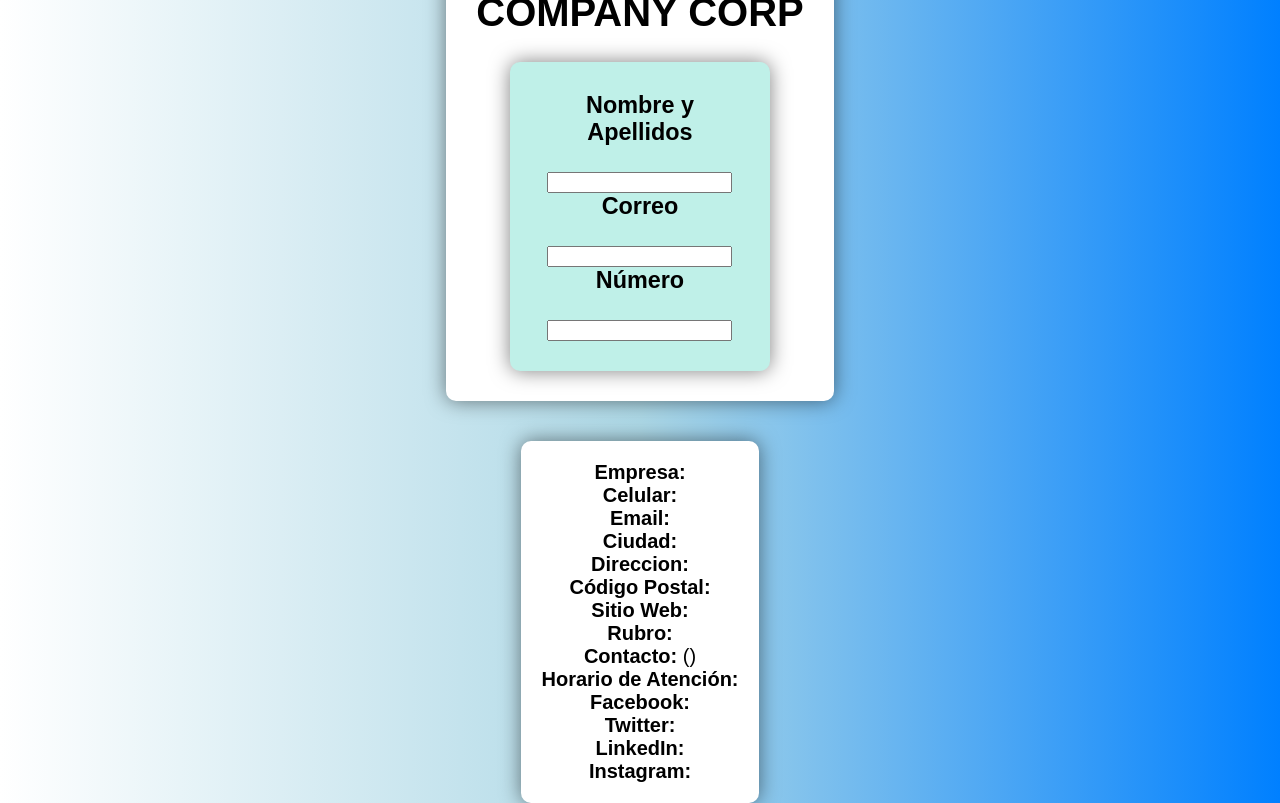
Repository: ANGELEDU141/TAREAWEBEWJASJDASJ
Page: http://localhost/JAVAWEBTAREA/WEB-INF/views/contenido.jsp
An editor plug-in stored every save of this project. The page is shown before and after the next save, followed by the edit.
The browser window is 1280 px wide. The pictures show the whole page.
The page is served by Tomcat 9. Nobody is signed in. Other server files are loaded and not shown. The template is opened directly, without the code that normally fills it, so the values that code supplies are empty.

Above is the page before, as saved 2024-09-01 10:06:22.

### JAVAWEBTAREA/src/main/webapp/WEB-INF/views/contenido.jsp
<%@ page language="java" contentType="text/html; charset=UTF-8"
    pageEncoding="UTF-8"%>
<!DOCTYPE html>
<html>
<head>
<meta charset="UTF-8">
<title> COMPANY </title>
<link rel="icon" href="https://static.vecteezy.com/system/resources/previews/008/214/517/non_2x/abstract-geometric-logo-or-infinity-line-logo-for-your-company-free-vector.jpg">
<style>
    body {


        height: 100vh;
        display: flex;
        align-items:center;
         flex-direction: column;
        justify-content: center; /* Centra horizontalmente */
        align-items: center; /* Centra verticalmente */
        font-family: Arial, sans-serif;
		background: linear-gradient(to right, rgb(255, 255, 255), rgb(173, 216, 230), rgb(0, 128, 255));

    }
    .container {

        max-width: 600px;
        display:flex;
   		flex-direction:column;
   		align-content:center;
   		justify-content: center;
   		align-items:center;
   		padding: 30px;

        background-color: white;
        box-shadow: 0px 0px 20px rgba(0, 0, 0, 0.5);
        text-align: center;
        border-radius: 10px;
        font-size: 20px;

    }

    .contac {

 		margin-top: 40px;
        max-width: 600px;
        padding:20px;
        background-color: white;
        box-shadow: 0px 0px 20px rgba(0, 0, 0, 0.5);
        text-align: center;
        border-radius: 10px;
        font-size: 20px;

        }




    .quest {



   		padding: 30px;
   		border:60px;
        max-width: 200px;
        background-color: rgba(191, 240, 232);
        box-shadow: 0px 0px 20px rgba(0, 0, 0, 0.5);
        text-align: center;
        border-radius: 10px;
        }

        .quest h3{
         margin: 0;
    padding:0px }



</style>
</head>
<body>
    <div class="container">
        <h1> COMPANY CORP </h1>


        <div class="quest">

        <h3>Nombre y Apellidos</h3><br>
        <input>
        <h3>Correo</h3><br>
        <input>
        <h3>Número</h3><br>
         <input>



        </div>
    </div>

    <div  class="contac">

		<b> Empresa:</b> ${empresa}<br>
		<b> Celular:</b> ${celular}<br>
		<b> Email:</b> ${email}<br>
		<b> Ciudad:</b> ${ciudad}<br>
	    <b>Direccion:</b> ${direccion}<br>
        <b>Código Postal:</b> ${código_postal}<br>
        <b>Sitio Web:</b> <a href="http://${sitio_web}" target="_blank">${sitio_web}</a><br>
        <b>Rubro:</b> ${rubro}<br>
        <b>Contacto:</b> ${contacto_nombre} (${contacto_puesto})<br>
        <b>Horario de Atención:</b> ${horario_atención}<br>
        <b>Facebook:</b> <a href="http://${facebook}" target="_blank">${facebook}</a><br>
        <b>Twitter:</b> <a href="http://${twitter}" target="_blank">${twitter}</a><br>
        <b>LinkedIn:</b> <a href="http://${linkedin}" target="_blank">${linkedin}</a><br>
        <b>Instagram:</b> <a href="http://${instagram}" target="_blank">${instagram}</a>


	</div>
</body>

After the next save:
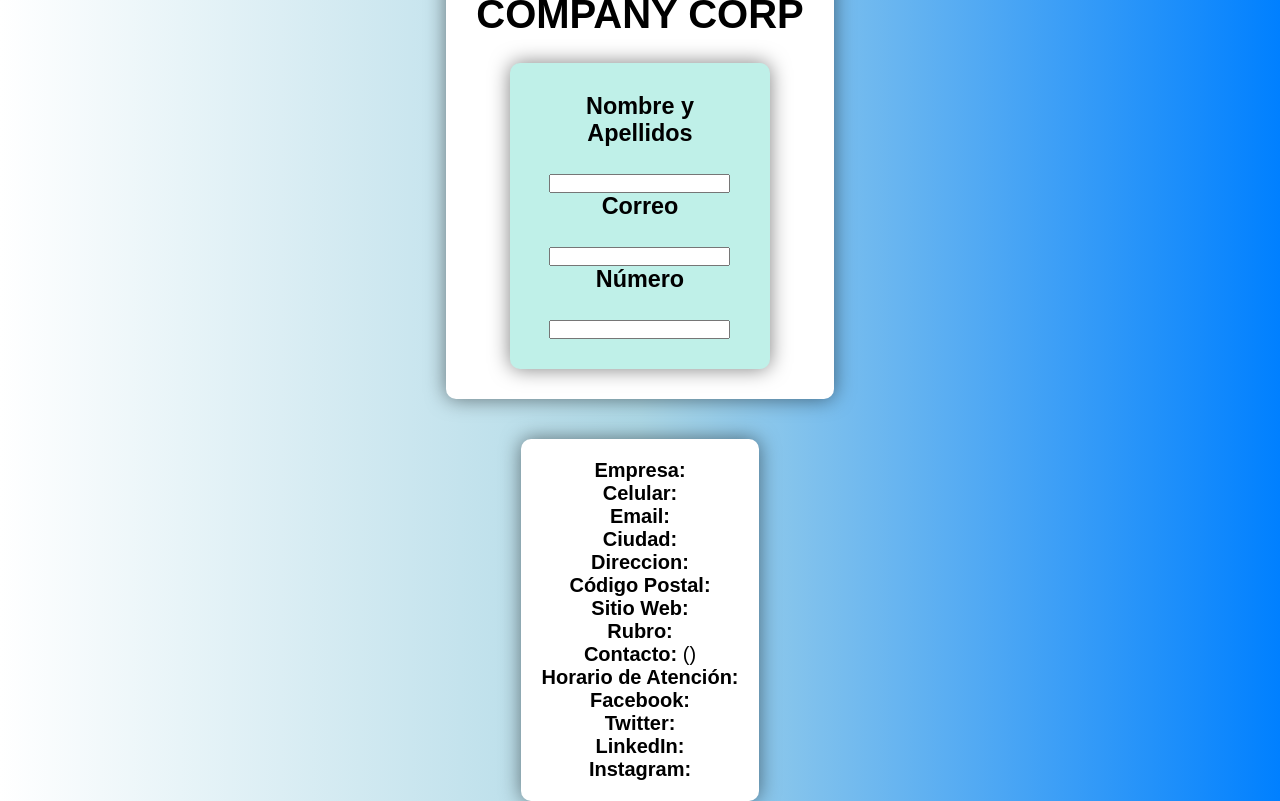
Saved 18 s later.
--- a/JAVAWEBTAREA/src/main/webapp/WEB-INF/views/contenido.jsp
+++ b/JAVAWEBTAREA/src/main/webapp/WEB-INF/views/contenido.jsp
@@ -72,6 +72,10 @@
     padding:0px }
 
 
+    .quest input{  margin: 0;
+    padding:0px }
+
+
 
 </style>
 </head>
